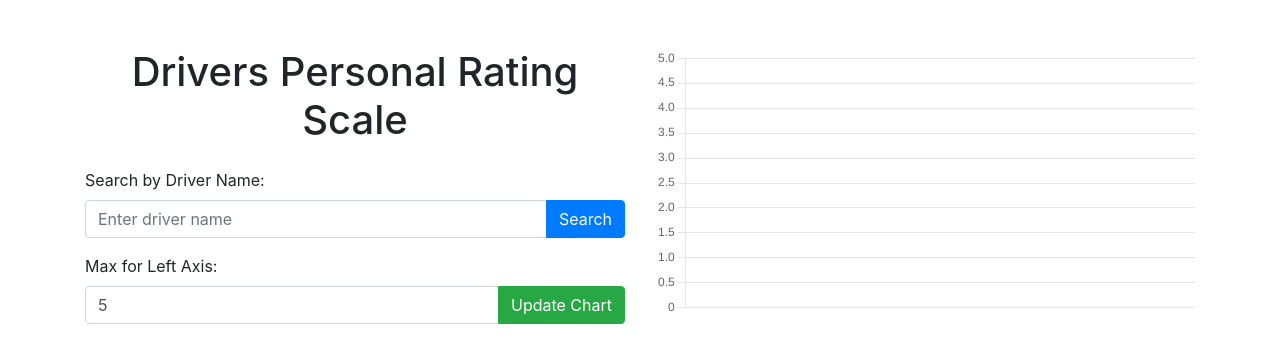
Repository: adrcstro/TrackingManagement
Page: http://localhost/tcpdf/Loginsystem/fetchdata.php
An editor plug-in stored every save of this project. The page is shown before and after the next save, followed by the edit.
The browser window is 1280 px wide. The pictures show the whole page.
Some icons come from a web library that is not loaded, so they are not drawn. Some web libraries are served in a nearby version. The page is run by PHP 8.4 with error messages shown; the project is at /var/www/html/. Queries for data that is not in the repository find no rows.

Above is the page before, as saved 2023-11-24 19:11:07.
Console error: TypeError: Cannot read properties of null (reading 'addEventListener')

After the next save:
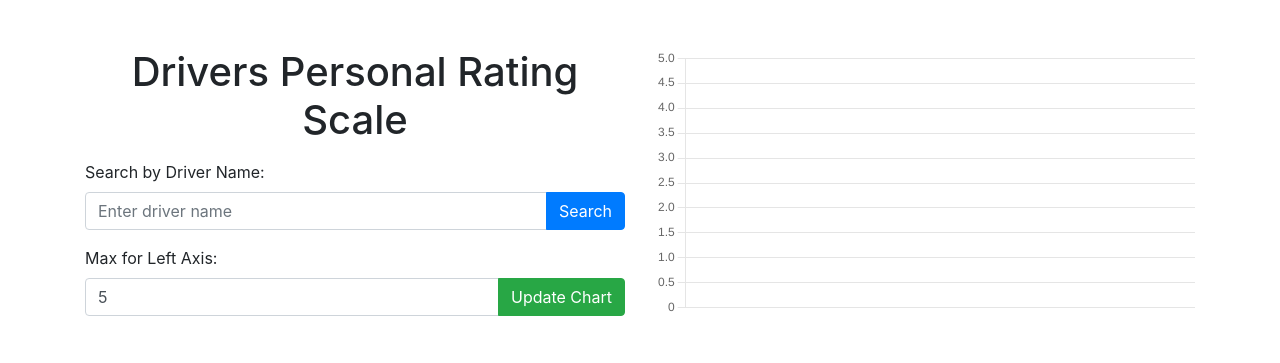
Saved 8 s later.
--- a/Loginsystem/fetchdata.php
+++ b/Loginsystem/fetchdata.php
@@ -53,7 +53,7 @@
             <div class="col-md-6">
                 <h1 class="text-center mt-4">Drivers Personal Rating Scale</h1>
 
-                <form method="post" action="" class="mt-4">
+                <form method="post" action="" class="mt-3">
     <div class="form-group">
         <label for="search">Search by Driver Name:</label>
         <div class="input-group">
